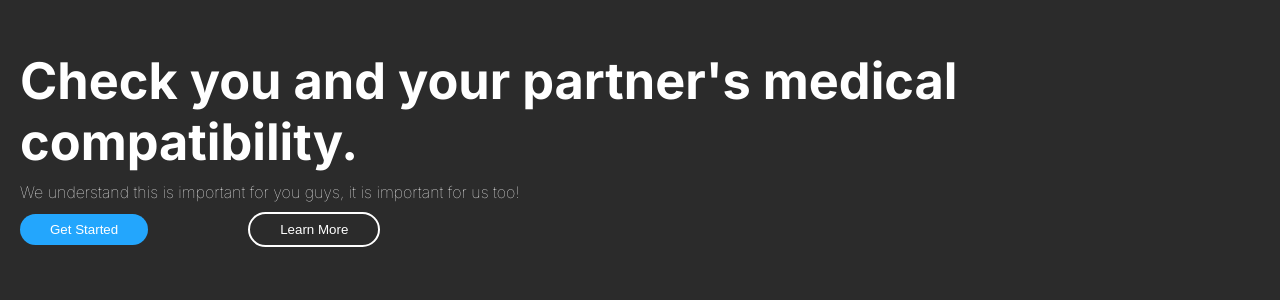
Repository: devhabeeblateef/tictactoe
Page: /
These files come from the project's save history. The page is drawn as it stood at one moment and after a run of saves; the edit follows.
The browser window is 1280 px wide. The pictures show the whole page.
The project was rebuilt for these pictures with package versions that can differ from the ones it lists, and the page was loaded fresh each time. Also part of the build but not shown: src/App.css.

Above is the page before, as saved 2022-06-17 00:41:31.

After the next 3 saves:
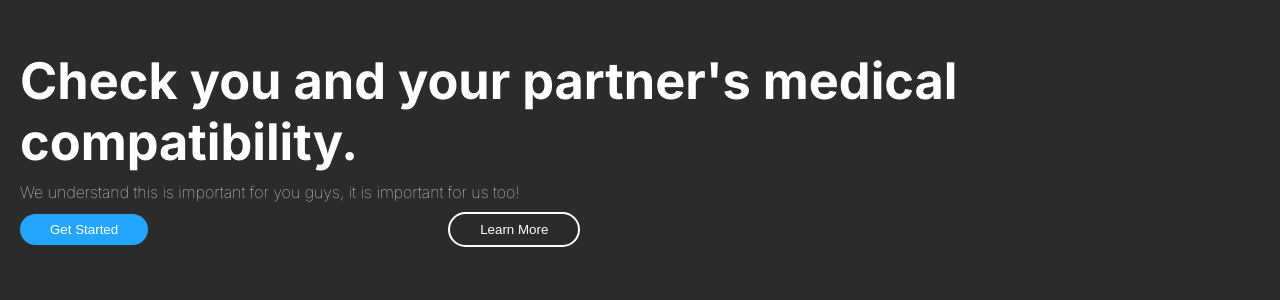
The 3 saves are shown as one change because they came seconds apart.
The last was saved 12 s later.
--- a/src/Home.module.css
+++ b/src/Home.module.css
@@ -39,6 +39,7 @@ img
     border: none;
     padding:8px 30px;
     color: white;
+    margin-right: 200px;
     font-family: 'Montserrat', sans-serif;
     cursor: pointer;
 }
